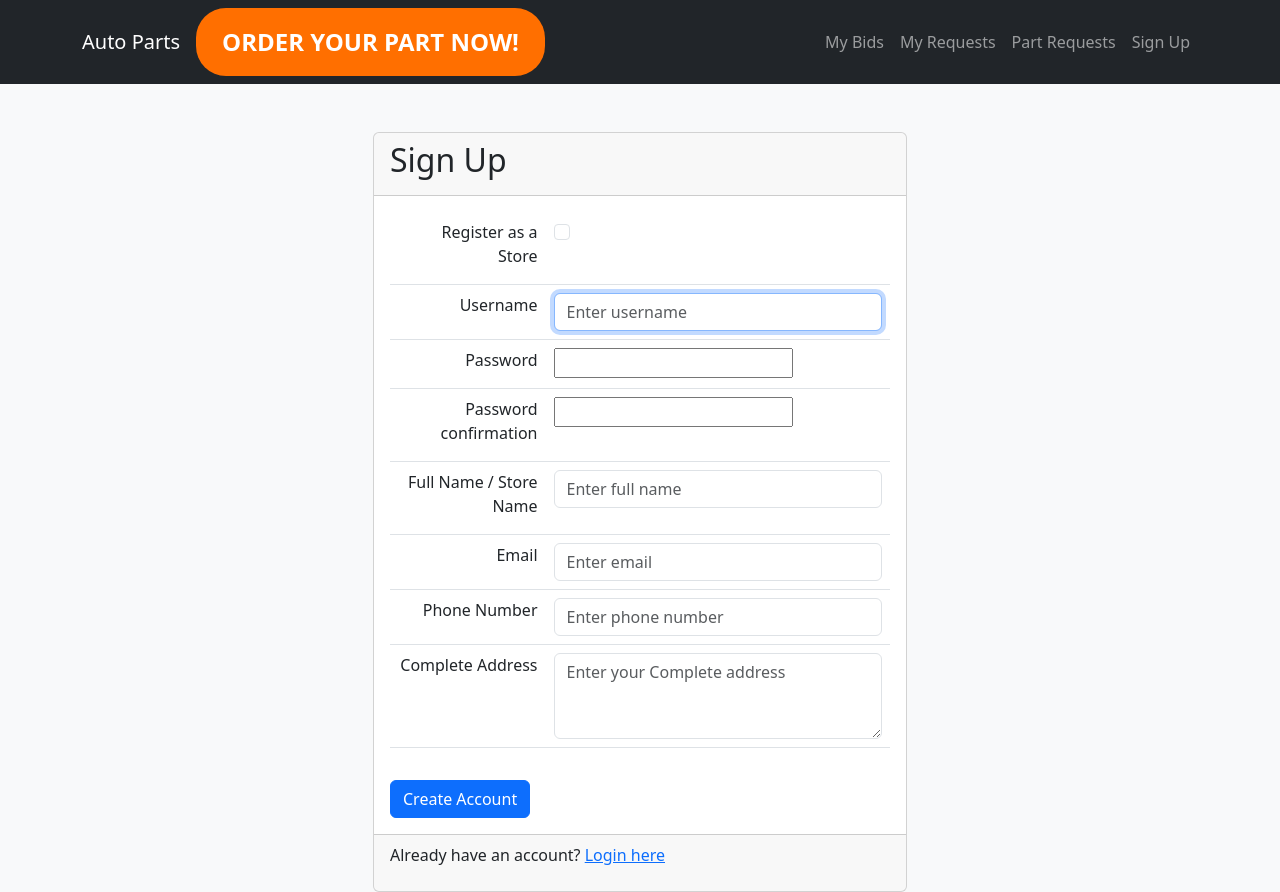
Repository: Jijiluzana225/onlineparts
Page: http://localhost/register/
These files come from the project's save history. The page is drawn as it stood at one moment and after the next save; the edit follows.
The browser window is 1280 px wide. The pictures show the whole page.
Some web fonts or font styles are not loaded; a fallback is used. The page is served by the project's application, run on Django 5.2 (manage.py).

Above is the page before, as saved 2025-02-20 10:49:59.

After the next save:
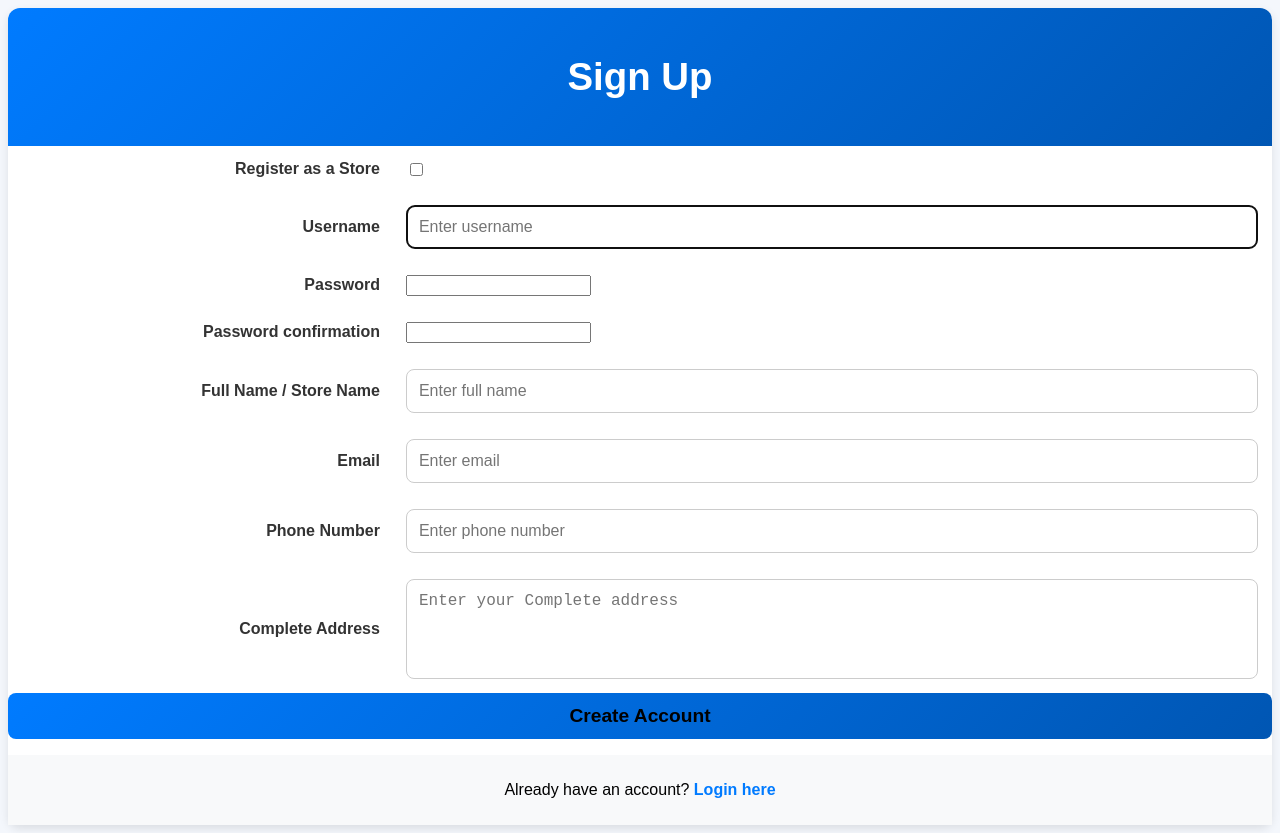
Saved 2 min 31 s later.
--- a/orders/templates/orders/register.html
+++ b/orders/templates/orders/register.html
@@ -1,6 +1,109 @@
-{% extends 'orders/landing.html' %}
 
-{% block content %}
+<!-- Bootstrap Styling with Calibre Font -->
+<style>
+    @import url('https://fonts.googleapis.com/css2?family=Calibre:wght@400;600&display=swap');
+
+    body {
+        background-color: #f4f7fc;
+        font-family: 'Calibre', sans-serif;
+    }
+
+    .card {
+        border-radius: 12px;
+        box-shadow: 0 4px 10px rgba(0, 0, 0, 0.1);
+        transition: transform 0.2s ease-in-out;
+        background-color: white;
+    }
+
+    .card:hover {
+        transform: translateY(-5px);
+    }
+
+    .card-header {
+        font-size: 1.6rem;
+        font-weight: bold;
+        background: linear-gradient(135deg, #007bff, #0056b3);
+        color: white;
+        text-align: center;
+        padding: 15px;
+        border-top-left-radius: 12px;
+        border-top-right-radius: 12px;
+    }
+
+    .table {
+        width: 100%;
+    }
+
+    .table td {
+        padding: 12px;
+        vertical-align: middle;
+    }
+
+    .form-label {
+        font-weight: 600;
+        color: #333;
+        text-align: right;
+        display: block;
+    }
+
+    /* Uniform width for all input fields */
+    .form-control {
+        border-radius: 8px;
+        padding: 12px;
+        font-size: 1rem;
+        width: 100% !important;
+        max-width: 100%;
+        border: 1px solid #ccc;
+        box-sizing: border-box;
+    }
+
+    /* Ensure textareas are same width as inputs */
+    textarea.form-control {
+        resize: none;
+        height: 100px;
+    }
+
+    .btn-primary {
+        background: linear-gradient(135deg, #007bff, #0056b3);
+        border: none;
+        border-radius: 8px;
+        font-size: 1.2rem;
+        padding: 12px;
+        transition: background 0.3s ease;
+        width: 100%;
+        font-weight: 600;
+    }
+
+    .btn-primary:hover {
+        background: linear-gradient(135deg, #0056b3, #004494);
+    }
+
+    .text-danger {
+        font-size: 0.9rem;
+    }
+
+    .card-footer {
+        background-color: #f8f9fa;
+        text-align: center;
+        padding: 10px;
+        border-top: none;
+        font-size: 1rem;
+    }
+
+    .card-footer a {
+        color: #007bff;
+        font-weight: bold;
+        text-decoration: none;
+        transition: color 0.3s;
+    }
+
+    .card-footer a:hover {
+        color: #0056b3;
+        text-decoration: underline;
+    }
+</style>
+
+<!-- Registration Form Card -->
 <div class="container mt-5">
     <div class="row justify-content-center">
         <div class="col-lg-6 col-md-8 col-sm-10">
@@ -13,19 +116,19 @@
                         {% csrf_token %}
                         <table class="table">
                             {% for field in form %}
-                            <tr>
-                                <td class="text-end">
-                                    <label class="form-label">{{ field.label }}</label>
-                                </td>
-                                <td>
-                                    {{ field }}
-                                    {% if field.errors %}
-                                    <div class="text-danger">
-                                        {{ field.errors|striptags }}
-                                    </div>
-                                    {% endif %}
-                                </td>
-                            </tr>
+                                <tr>
+                                    <td class="text-end">
+                                        <label class="form-label">{{ field.label }}</label>
+                                    </td>
+                                    <td>
+                                        {{ field }}
+                                        {% if field.errors %}
+                                            <div class="text-danger">
+                                                {{ field.errors|striptags }}
+                                            </div>
+                                        {% endif %}
+                                    </td>
+                                </tr>
                             {% endfor %}
                         </table>
                         <button type="submit" class="btn btn-primary mt-3">Create Account</button>
@@ -38,4 +141,3 @@
         </div>
     </div>
 </div>
-{% endblock %}

After the save that followed:
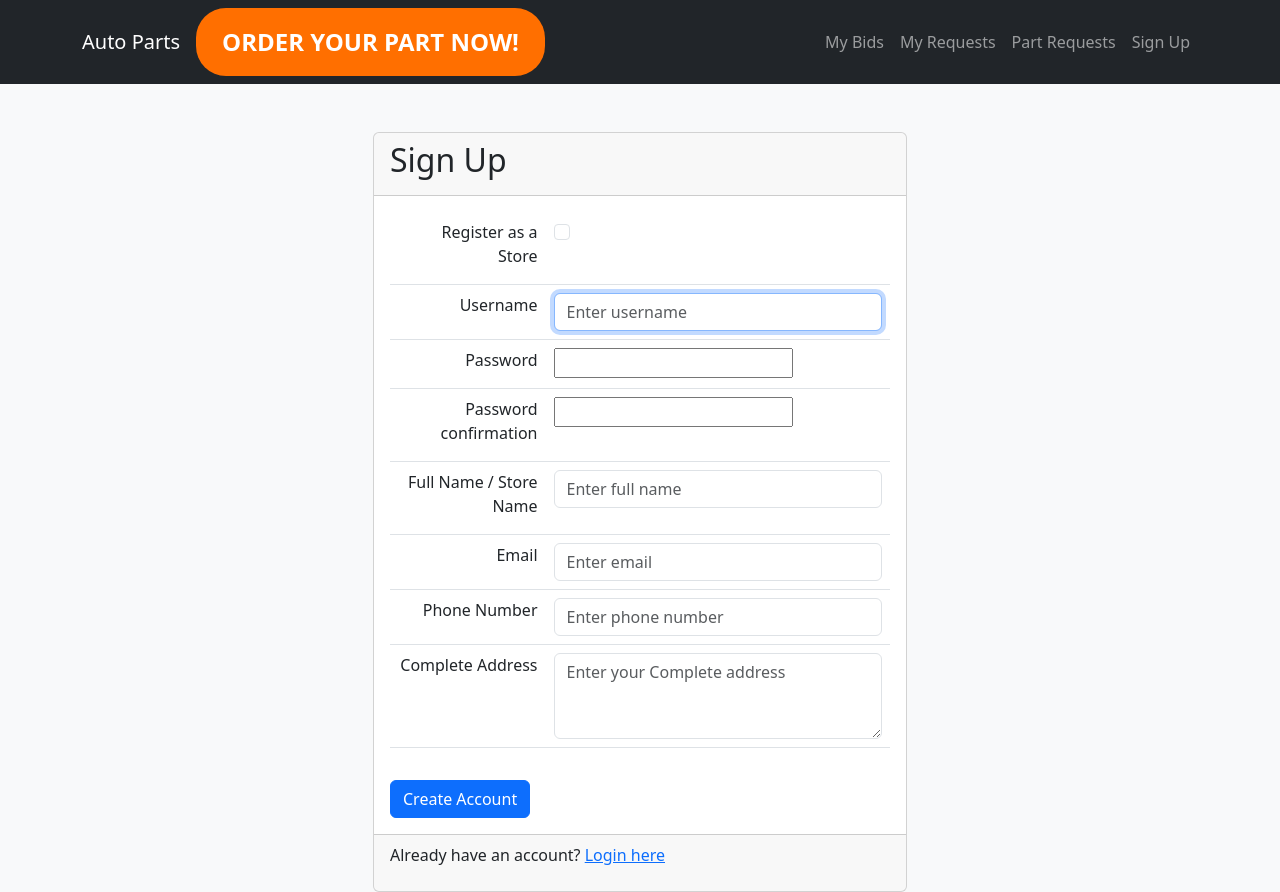
Saved 47 s later.
--- a/orders/templates/orders/register.html
+++ b/orders/templates/orders/register.html
@@ -1,108 +1,7 @@
 
-<!-- Bootstrap Styling with Calibre Font -->
-<style>
-    @import url('https://fonts.googleapis.com/css2?family=Calibre:wght@400;600&display=swap');
+{% extends 'orders/landing.html' %}
 
-    body {
-        background-color: #f4f7fc;
-        font-family: 'Calibre', sans-serif;
-    }
-
-    .card {
-        border-radius: 12px;
-        box-shadow: 0 4px 10px rgba(0, 0, 0, 0.1);
-        transition: transform 0.2s ease-in-out;
-        background-color: white;
-    }
-
-    .card:hover {
-        transform: translateY(-5px);
-    }
-
-    .card-header {
-        font-size: 1.6rem;
-        font-weight: bold;
-        background: linear-gradient(135deg, #007bff, #0056b3);
-        color: white;
-        text-align: center;
-        padding: 15px;
-        border-top-left-radius: 12px;
-        border-top-right-radius: 12px;
-    }
-
-    .table {
-        width: 100%;
-    }
-
-    .table td {
-        padding: 12px;
-        vertical-align: middle;
-    }
-
-    .form-label {
-        font-weight: 600;
-        color: #333;
-        text-align: right;
-        display: block;
-    }
-
-    /* Uniform width for all input fields */
-    .form-control {
-        border-radius: 8px;
-        padding: 12px;
-        font-size: 1rem;
-        width: 100% !important;
-        max-width: 100%;
-        border: 1px solid #ccc;
-        box-sizing: border-box;
-    }
-
-    /* Ensure textareas are same width as inputs */
-    textarea.form-control {
-        resize: none;
-        height: 100px;
-    }
-
-    .btn-primary {
-        background: linear-gradient(135deg, #007bff, #0056b3);
-        border: none;
-        border-radius: 8px;
-        font-size: 1.2rem;
-        padding: 12px;
-        transition: background 0.3s ease;
-        width: 100%;
-        font-weight: 600;
-    }
-
-    .btn-primary:hover {
-        background: linear-gradient(135deg, #0056b3, #004494);
-    }
-
-    .text-danger {
-        font-size: 0.9rem;
-    }
-
-    .card-footer {
-        background-color: #f8f9fa;
-        text-align: center;
-        padding: 10px;
-        border-top: none;
-        font-size: 1rem;
-    }
-
-    .card-footer a {
-        color: #007bff;
-        font-weight: bold;
-        text-decoration: none;
-        transition: color 0.3s;
-    }
-
-    .card-footer a:hover {
-        color: #0056b3;
-        text-decoration: underline;
-    }
-</style>
-
+{% block content %}
 <!-- Registration Form Card -->
 <div class="container mt-5">
     <div class="row justify-content-center">
@@ -141,3 +40,5 @@
         </div>
     </div>
 </div>
+
+{% endblock content %}
